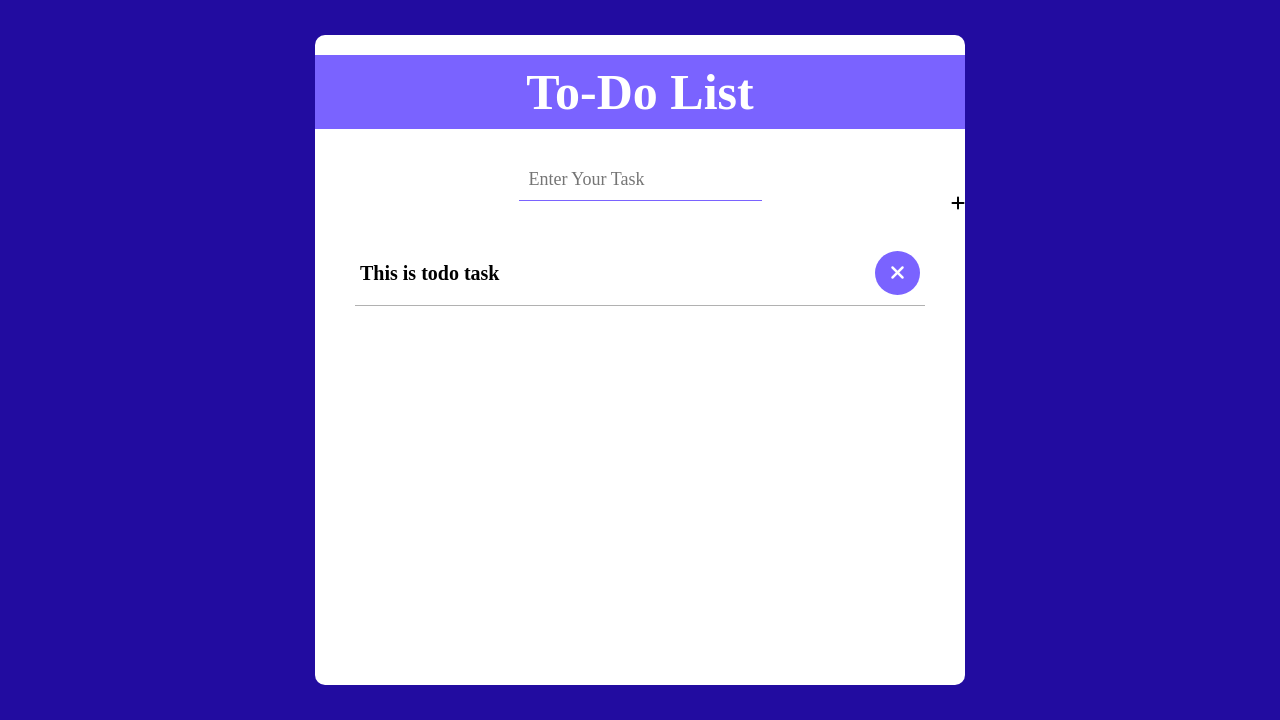
Repository: AliHassan02-Dev/To-Do-App
Page: /
An editor plug-in stored every save of this project. The page is shown before and after a run of saves, followed by the edit.
The browser window is 1280 px wide. The pictures show the whole page.
Some web libraries are served in a nearby version. The project was rebuilt for these pictures with package versions that can differ from the ones it lists, and the page was loaded fresh each time. Also part of the build but not shown: vite.config.js.

Above is the page before, as saved 2024-10-28 11:54:13.

After the next 2 saves:
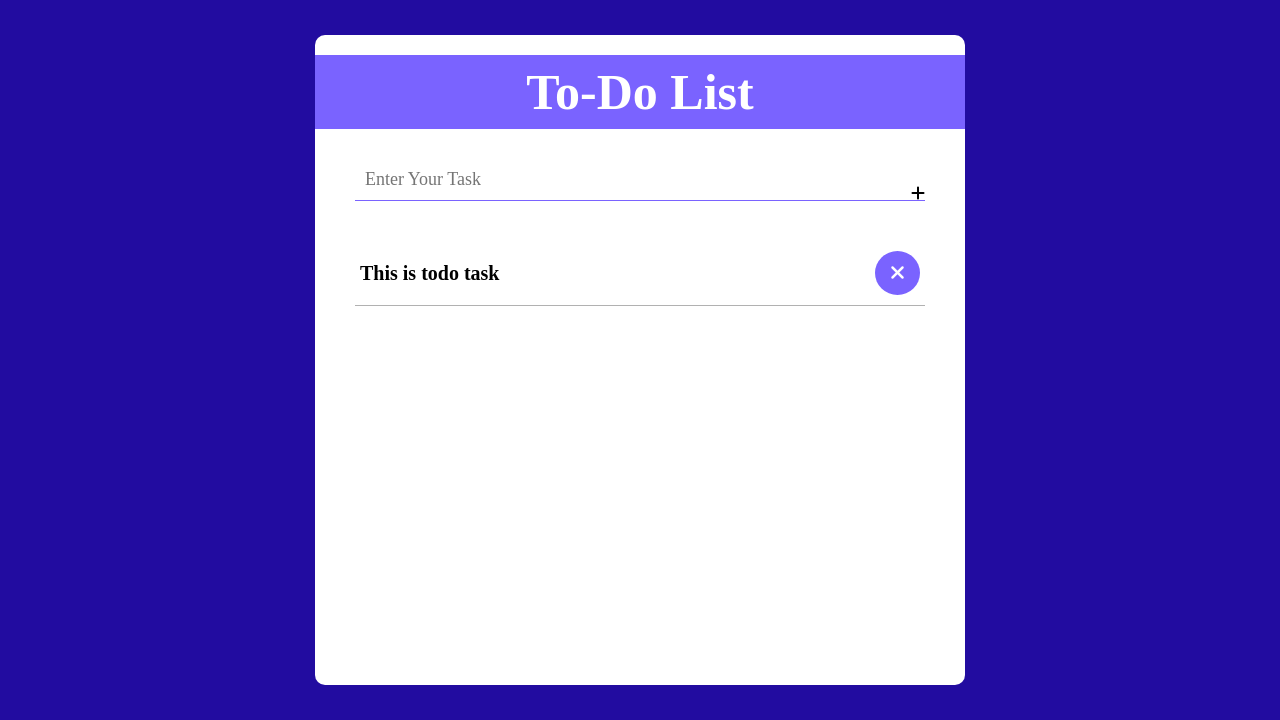
The 2 saves are shown as one change because they came seconds apart.
The last was saved 18 s later.
--- a/src/App.css
+++ b/src/App.css
@@ -43,6 +43,14 @@
   align-items: center;
   padding: 10px 40px;
   margin-top: 20px;
+  position: relative;
+}
+
+.mainWrapper .container .topBar .addTask .wrapper {
+  width: 100%;
+  display: flex;
+  justify-content: center;
+  align-items: center;
   position: relative;
 }
 
